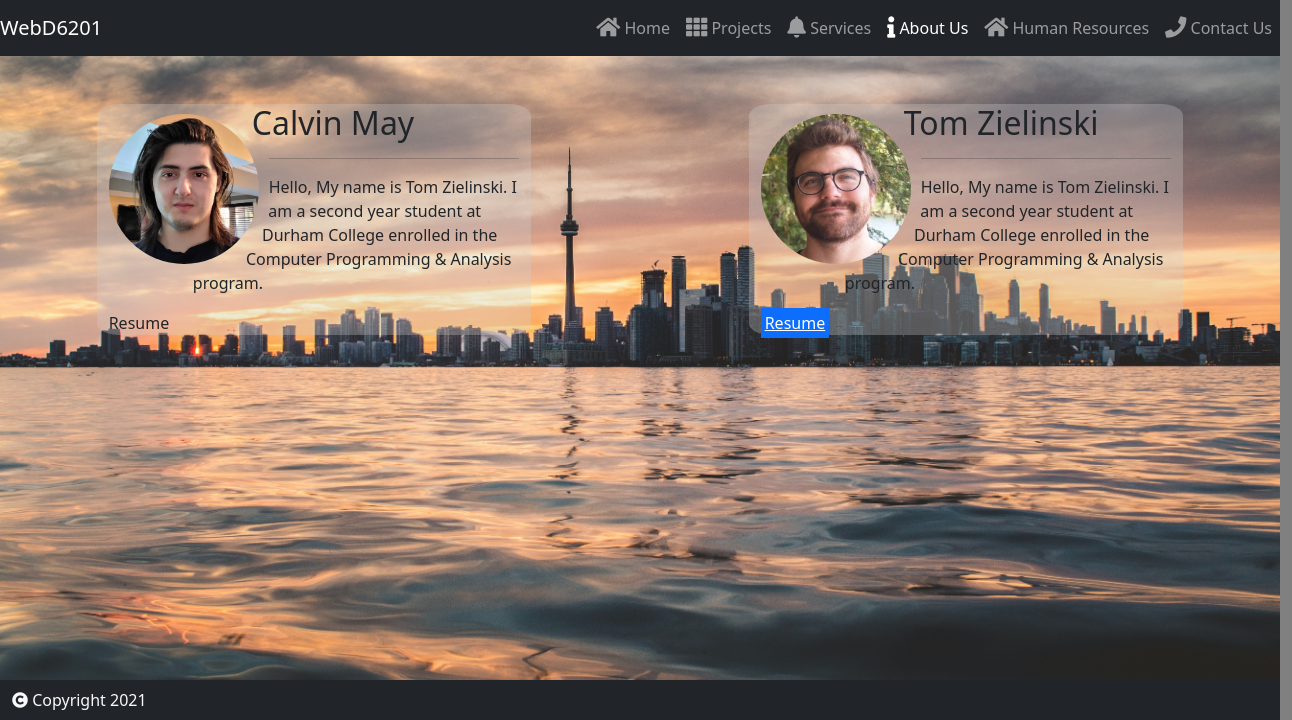
Repository: Tomelinski/Webd6201-Lab02
Page: about.html
An editor plug-in stored every save of this project. The page is shown before and after the next save, followed by the edit.
The browser window is 1280 px wide. The page is 1292 px wide, so the pictures cover 1292 px, including what lies to the right of the window. The pictures show the whole page.

Above is the page before, as saved 2021-02-05 19:22:25.

After the next save:
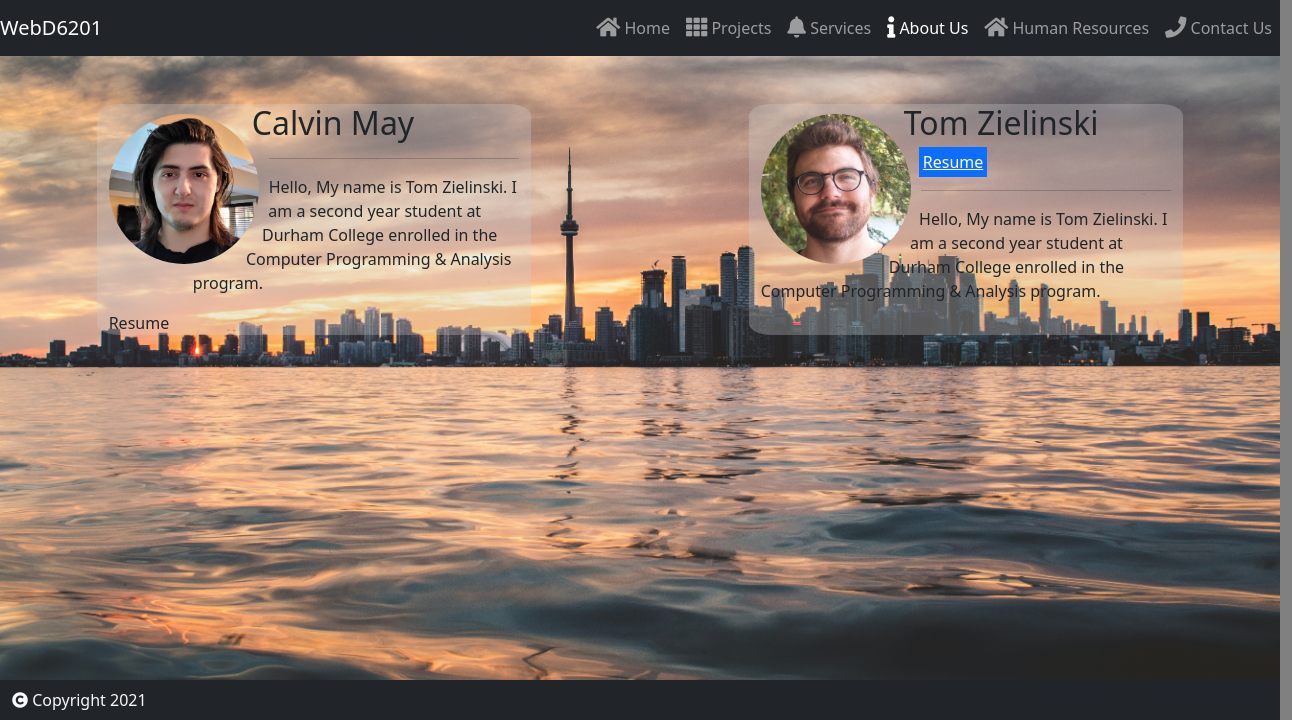
Saved 12 s later.
--- a/Scripts/app.js
+++ b/Scripts/app.js
@@ -81,14 +81,14 @@
         aboutTom.innerHTML = `<hr/><p>Hello, My name is Tom Zielinski. I am a second year student at Durham College enrolled in the Computer Programming & Analysis program.</p>`;
         tomResume.setAttribute("href", "../files/resumes/Tom_Resume.pdf");
         tomResume.setAttribute("download", "");
-        tomResume.setAttribute("class", "d-inline p-1 bg-primary rounded-5 text-white");
+        tomResume.setAttribute("class", "d-inline p-1 bg-primary text-white");
         tomResume.textContent = "Resume";
 
         // Insert the Elements within the about-tom div
         aboutTomDiv.appendChild(pic);
         aboutTomDiv.appendChild(tomHeading);
+        aboutTomDiv.appendChild(tomResume);
         aboutTomDiv.appendChild(aboutTom);
-        aboutTomDiv.appendChild(tomResume);
 
         // About Calvin Content
         //-Create Elements for About Calvin
